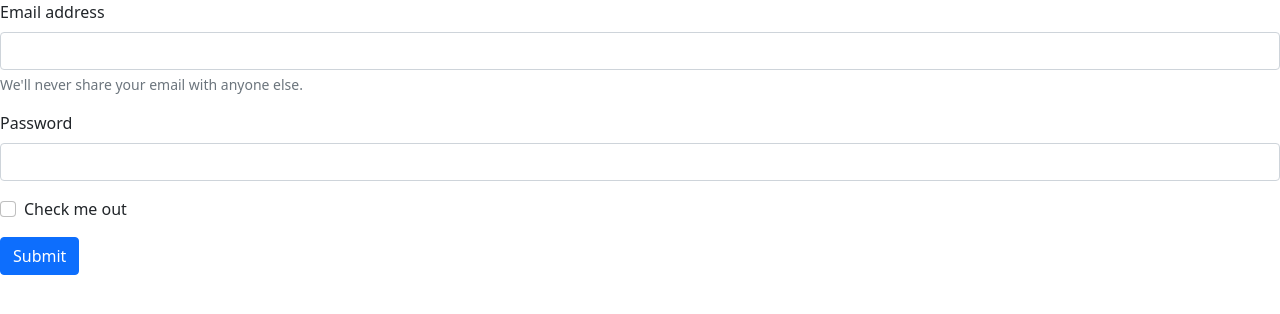
Repository: 2001Yogi/JavaWebAssignment
Page: http://localhost/StudentInformation/
The author's editor kept a copy of each file at every save. The page is drawn from the files as they stood at one save, then again after the next save.
The browser window is 1280 px wide. The pictures show the whole page.
The page is served by Tomcat 9.

Above is the page before, as saved 2024-09-17 12:46:58.

### StudentInformation/src/main/webapp/index.jsp
<%@ page language="java" contentType="text/html; charset=ISO-8859-1"
	pageEncoding="ISO-8859-1"%>
<!DOCTYPE html>
<html>
<head>
<meta charset="ISO-8859-1">
<link
	href="https://cdn.jsdelivr.net/npm/bootstrap@5.0.2/dist/css/bootstrap.min.css"
	rel="stylesheet"
	integrity="sha384-EVSTQN3/azprG1Anm3QDgpJLIm9Nao0Yz1ztcQTwFspd3yD65VohhpuuCOmLASjC"
	crossorigin="anonymous">
<script
	src="https://cdn.jsdelivr.net/npm/bootstrap@5.0.2/dist/js/bootstrap.bundle.min.js"
	integrity="sha384-MrcW6ZMFYlzcLA8Nl+NtUVF0sA7MsXsP1UyJoMp4YLEuNSfAP+JcXn/tWtIaxVXM"
	crossorigin="anonymous"></script>
<script
	src="https://cdn.jsdelivr.net/npm/@popperjs/core@2.9.2/dist/umd/popper.min.js"
	integrity="sha384-IQsoLXl5PILFhosVNubq5LC7Qb9DXgDA9i+tQ8Zj3iwWAwPtgFTxbJ8NT4GN1R8p"
	crossorigin="anonymous"></script>
<script
	src="https://cdn.jsdelivr.net/npm/bootstrap@5.0.2/dist/js/bootstrap.min.js"
	integrity="sha384-cVKIPhGWiC2Al4u+LWgxfKTRIcfu0JTxR+EQDz/bgldoEyl4H0zUF0QKbrJ0EcQF"
	crossorigin="anonymous"></script>
<title>Insert title here</title>
</head>
<body>
	<form>
		<div class="mb-3">
			<label for="exampleInputEmail1" class="form-label">Email
				address</label> <input type="email" class="form-control"
				id="exampleInputEmail1" aria-describedby="emailHelp">
			<div id="emailHelp" class="form-text">We'll never share your
				email with anyone else.</div>
		</div>
		<div class="mb-3">
			<label for="exampleInputPassword1" class="form-label">Password</label>
			<input type="password" class="form-control"
				id="exampleInputPassword1">
		</div>
		<div class="mb-3 form-check">
			<input type="checkbox" class="form-check-input" id="exampleCheck1">
			<label class="form-check-label" for="exampleCheck1">Check me
				out</label>
		</div>
		<button type="submit" class="btn btn-primary">Submit</button>
	</form>
</body>
</html>

After the next save:
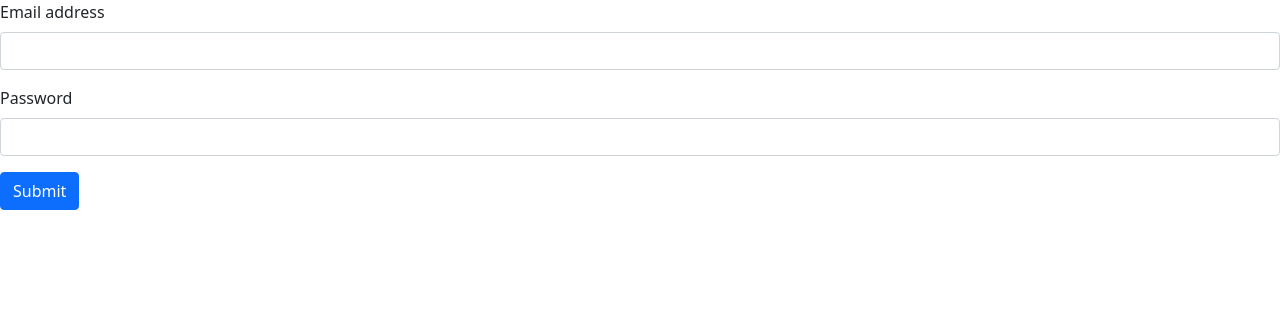
Saved 23 s later.
--- a/StudentInformation/src/main/webapp/index.jsp
+++ b/StudentInformation/src/main/webapp/index.jsp
@@ -29,19 +29,12 @@
 			<label for="exampleInputEmail1" class="form-label">Email
 				address</label> <input type="email" class="form-control"
 				id="exampleInputEmail1" aria-describedby="emailHelp">
-			<div id="emailHelp" class="form-text">We'll never share your
-				email with anyone else.</div>
 		</div>
 		<div class="mb-3">
 			<label for="exampleInputPassword1" class="form-label">Password</label>
 			<input type="password" class="form-control"
 				id="exampleInputPassword1">
 		</div>
-		<div class="mb-3 form-check">
-			<input type="checkbox" class="form-check-input" id="exampleCheck1">
-			<label class="form-check-label" for="exampleCheck1">Check me
-				out</label>
-		</div>
 		<button type="submit" class="btn btn-primary">Submit</button>
 	</form>
 </body>
